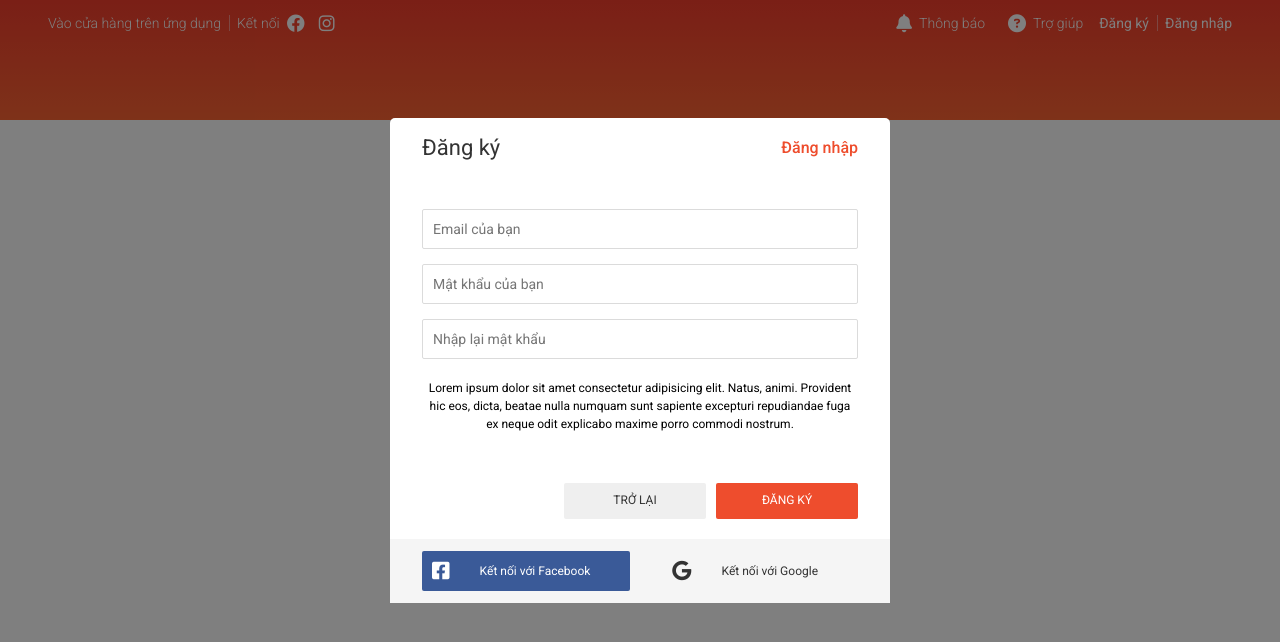
Repository: dptuyen1/F8-Tutorial
Page: index.html
The author's editor kept a copy of each file at every save. The page is drawn from the files as they stood at one save, then again after the next save.
The browser window is 1280 px wide. The pictures show the whole page.

Above is the page before, as saved 2023-05-08 18:25:05.

After the next save:
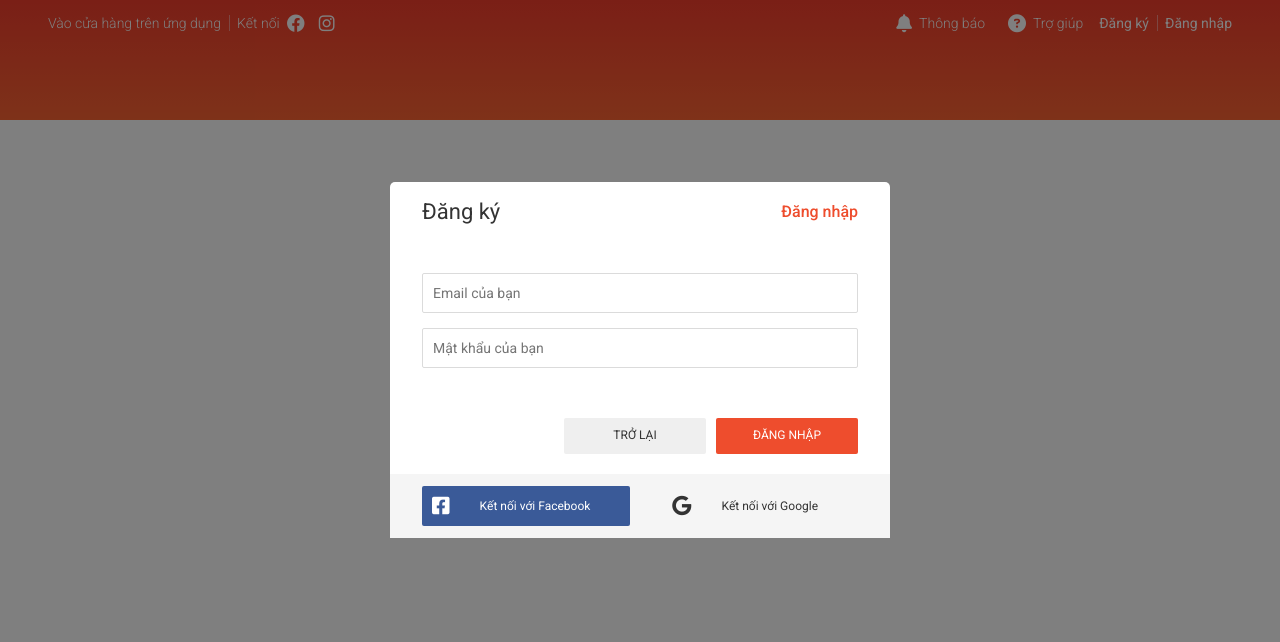
Saved 51 s later.
--- a/index.html
+++ b/index.html
@@ -258,28 +258,12 @@
                   placeholder="Mật khẩu của bạn"
                 />
               </div>
-              <div class="auth-form__group">
-                <input
-                  type="password"
-                  class="auth-form__input"
-                  placeholder="Nhập lại mật khẩu"
-                />
-              </div>
-            </div>
-            <div class="auth-form__aside">
-              <p>
-                Lorem ipsum dolor sit amet consectetur adipisicing elit. Natus,
-                animi. Provident hic eos, dicta, beatae nulla numquam sunt
-                sapiente excepturi repudiandae fuga ex neque odit explicabo
-                maxime porro commodi nostrum.
-              </p>
             </div>
             <div class="auth-form__controls">
               <button class="btn btn--back">TRỞ LẠI</button>
-              <button class="btn btn--primary">ĐĂNG KÝ</button>
-            </div>
-          </div>
-
+              <button class="btn btn--primary">ĐĂNG NHẬP</button>
+            </div>
+          </div>
           <div class="auth-form__socials">
             <a
               href=""
